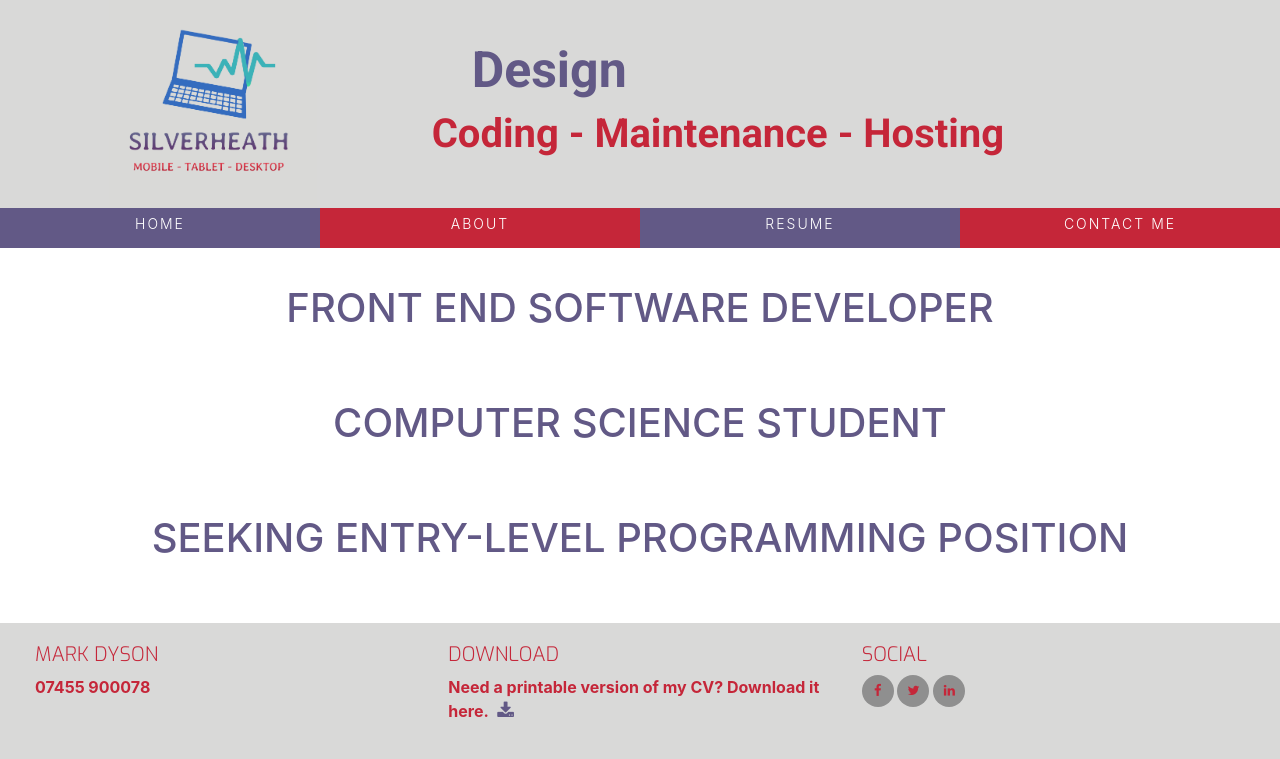
Repository: Code-Institute-Submissions/silverheath
Page: index.html
The author's editor kept a record of every edit. The page is drawn from the files as they stood at one moment, then again after the next edit.
The browser window is 1280 px wide. The pictures show the whole page.
Some web libraries are served in a nearby version.

Above is the page before.

### index.html
<!DOCTYPE html>
<html lang="en">

<head>
    <meta name="author" content="Mark Dyson">
    <meta charset="UTF-8">
    <meta name="viewport" content="width=device-width, initial-scale=1.0">
    <meta http-equiv="X-UA-Compatible" content="ie=edge">
    <link rel="stylesheet" href="https://maxcdn.bootstrapcdn.com/bootstrap/4.2.1/css/bootstrap.min.css" type="text/css" />
    <link rel="stylesheet" href="https://maxcdn.bootstrapcdn.com/font-awesome/4.7.0/css/font-awesome.min.css" type="text/css" />
    <link rel="stylesheet" href="https://cdnjs.cloudflare.com/ajax/libs/hover.css/2.1.1/css/hover-min.css" type="text/css" />
    <link rel="stylesheet" href="assets/css/style.css">
    <title>SilverHeath</title>
</head>

<body>
    <header>
        <div class="row no-gutters">
            <a class="col-md-4 logo" href="index.html"></a>
            <div class="col-md-8">
                <div class="row no-gutters bg-color-name-title">
                    <div class="col heading">
                        <h1 class="name" <h1 class="name">Design</h1>
                        <h2 class="title">Coding - Maintenance - Hosting</h2>
                    </div>
                </div>
                </div
                <div class="row no-gutters">
                    <div class="col">
                        <ul id="nav" class="list-inline menucontainer">
                            <li class="col-6 col-sm-3 list-inline-item ui-menu-color-home menuitem">
                                <a href="index.html" class="hvr-bounce-to-top"><span>Home</span></a>
                            </li>
                            <li class="col-6 col-sm-3 list-inline-item ui-menu-color-about menuitem">
                                <a href="about.html" class="hvr-bounce-to-bottom"><span>About</span></a>
                            </li>
                            <li class="col-6 col-sm-3 list-inline-item ui-menu-color-resume menuitem">
                                <a href="resume.html" class="hvr-bounce-to-top"><span>Resume</span></a>
                            </li>
                            <li class="col-6 col-sm-3 list-inline-item ui-menu-color-contact menuitem">
                                <a href="contact.html" class="hvr-bounce-to-bottom"><span>Contact Me</span></a>
                            </li>
                        </ul>
                    </div>
                </div>
            </div>
        </div>
    </header>
          <div class="topline">
          <p>
            <h1>Front End Software Developer</h1> </p>
          </p>
        </div>
          <div class="middleline">
        <p>
          <h1>Computer Science Student</h1> </p>
        </p>
      </div>
      <div class="bottomline">
      <p>
        <h1>Seeking entry-level Programming position</h1> </p>
      </p>
    </div>

                        </div>
                    </div>
                </div>
            </div>
        </div>

    </section>
    <footer class="container-fluid">
        <div id="footer-details" class="row">
            <div class="col-sm-4">
                <h5 class="uppercase general-sub">Mark Dyson</h5>
                <p class="inline-block">
                    07455 900078
                </p>
            </div>
            <div class="col-sm-4">
                <h5 class="uppercase general-sub">Download</h5>
                <p class="inline-block">
                  Need a printable version of my CV? Download it here.
                  <a href="assets/cv/cv.pdf" target="_blank" class="cv-pdf">
                                  <i class="fa fa-download" aria-hidden="true"></i>
                                  <span class="sr-only">Download link.</span>
                              </a>
                </p>
            </div>
            <div class="col-sm-4">
                <h5 class="uppercase general-sub">Social</h5>
                <ul class="list-inline social-links">
                    <li class="list-inline-item">
                        <a target="_blank" href="https://www.facebook.com/T123MRD">
                                        <i class="fa fa-facebook" aria-hidden="true"></i>
                                        <span class="sr-only">Facebook</span>
                                    </a>
                    </li>
                    <li class="list-inline-item">
                        <a target="_blank" href="https://twitter.com/md1858">
                                        <i class="fa fa-twitter" aria-hidden="true"></i>
                                        <span class="sr-only">Twitter</span>
                                    </a>
                    </li>
                    <li class="list-inline-item">
                        <a target="_blank" href="https://www.linkedin.com/in/mark-dyson-ba7397a1/">
                                        <i class="fa fa-linkedin" aria-hidden="true"></i>
                                        <span class="sr-only">LinkedIn</span>
                                    </a>
                    </li>



                </ul>
            </div>
        </div>
    </footer>
</body>

</html>

### assets/css/style.css
@import url('https://fonts.googleapis.com/css?family=Roboto:100,200,300,400,500,600,700|Exo:100,200,300,400,500,600,700');

/*--------------------------------------------Colors*/

.bg-color-name-title {
    background-color: #D9D9D8;
}

.bg-color-main-section {
    background-color: #fff;
}

.bg-color-personal-info {
    background-color: #f4f4f4;
}

.bg-color-portfolio {
    background-color: #625986;
}

.bg-color-contact {
    background-color: white;
}

.ui-menu-color-home {
    background-color: #625986;
}

.ui-menu-color-resume {
    background-color: #625986;
}

.ui-menu-color-about {
    background-color: #C52639;
}

.ui-menu-color-contact {
    background-color: #C52639;
}

.ui-menu-color-download {
    background-color: #525252;
}

.row-table {
    display: table;
}

.section-column {
    display: table-cell;
    padding: 0 30px 30px;
    float: none;
}

.section-heading {
    font-family: "Exo", sans-serif;
    font-weight: 300;
    margin-top: 25px;
    margin-bottom: 60px;
}

.portfolio-heading {
    color: #625986;
    font-weight: bold;
}


/* ----------------------------------------Special paddings/margins/text */

h1,
h2,
h3,
h4 {
    margin: 0;
}

.uppercase {
    text-transform: uppercase;
}

.general-sub {
    font-family: "Exo", sans-serif;
    font-weight: 300;
    color: #C52639;
}

.inline-block {
    display: inline-block;
}

.row-table {
    display: table;
}

.section-column {
    display: table-cell;
    padding: 0 30px 30px;
    float: none;
}

.history-heading,
.section-heading {
    font-family: "Exo", sans-serif;
    font-weight: 300;
    margin-top: 25px;
    margin-bottom: 40px;
}

.bottom-resume {
    padding: 0 130px 130px;

}


/*--------------------------------------------Heading*/

header {
    margin: 0;
}

.heading {
    margin-top: 30px;
    margin-left: 5px;
    margin-bottom: 30px;
}

.logo {
    background: url("../images/logo.jpg");
    background-position: center;
    background-repeat: no-repeat;
    background-size: contain;
    background-color: #D9D9D8;
    min-height: 150px;
    max-height: 247px;
    transition: all .5s ease-in-out;
    -moz-transition: all .5s ease-in-out;
    -webkit-transition: all .5s ease-in-out;
}

.name {
    font-family: "Roboto", sans-serif;
    font-weight: 800;
    font-size: 50px;
    margin-top: 10px;
    margin-bottom: 10px;
    margin-left: 40px;
    color: #625986;
    text-align: left;
}

.title {
    font-family: "Roboto", sans-serif;
    font-weight: 800;
    font-size: 40px;
    margin-top: 5px;
    margin-bottom: 20px;
    color: #C52639;
    text-align: left;
}

.list-inline-item:not(:last-child) {
    margin: 0;
}

.menucontainer {
    font-size: 0;
}

#nav li {
    font-size: 14px;
    padding: 0;
}

#nav {
    margin: 0;
}

.menuitem {
    height: 40px;
    text-align: center;
    padding: 0;
}

.menuitem a {
    width: 100%;
    text-decoration: none;
    color: #fff;
    height: 40px;
}

.menuitem a i {
    padding-top: 22px;
    display: block;
    color: #fafafa;
    font-size: 26px;
}

.menuitem span {
    display: block;
    width: 100%;
    padding-top: 5px;
    text-align: center;
    text-transform: uppercase;
    font-size: 14px;
    font-weight: 300;
    letter-spacing: 2px;
}

/*----------------------summary----------------------*/

.topline {
    padding-top: 20px;
    padding-bottom: 10px;
    margin-bottom: 15px;
    margin-left: 200;
    text-align: center;
    font-size: 40px;
    text-transform: uppercase;
    font-weight: bold;
    color: #625986;
}

.middleline {
    padding-top: 10px;
    padding-bottom: 10px;
    margin-bottom: 15px;
    margin-left: 200;
    text-align: center;
    font-size: 40px;
    text-transform: uppercase;
    font-weight: bold;
    color: #625986;
}

.bottomline {
    padding-top: 10px;
    padding-bottom: 30px;
    margin-bottom: 15px;
    margin-left: 200;
    text-align: center;
    font-size: 40px;
    text-transform: uppercase;
    font-weight: bold;
    color: #625986;
}

/*----------------------Hover.css----------------------*/

/* hvr-underline-from-center:before */

hvr-outline-out {
    background: #C52639;
    height: 40px;
}

/* ----------------------Footer---------------------- */

footer {
    background-color: #525252;
    color: #C52639;
    min-height: 120px;
    margin: 0;
}

.cv-pdf i {
    font-size: 18px;
    color: #625986;
    text-align: center;
    padding-left: 5px;
    transition: all 0.35s ease-in-out;
    -moz-transition: all 0.35s ease-in-out;
    -webkit-transition: all 0.35s ease-in-out;
    -o-transition: all 0.35s ease-in-out;
}

.cv-pdf i:hover {
    color: #C52639;
}

.social-links {
    padding-bottom: 15px;
}

.social-links li a i {
    width: 32px;
    height: 32px;
    padding: 12px 0;
    border-radius: 50%;
    font-size: 13px;
    line-height: 7px;
    text-align: center;
    color: #C52639;
    background: #8f8f8f;
    transition: all 0.35s ease-in-out;
    -moz-transition: all 0.35s ease-in-out;
    -webkit-transition: all 0.35s ease-in-out;
    -o-transition: all 0.35s ease-in-out;
}

.social-links li a i:hover {
    background: #625986;
}

#footer-details {
    padding: 20px;
    background-color: #D9D9D8;
    color: #C52639;
    font-weight: bold;
}



/* ----------------------Contact Form---------------------- */

.contact-heading {
    font-family: "Exo", sans-serif;
    font-weight: 300;
    margin-top: 25px;
    margin-bottom: 20px;
}

.center-form {
    padding-top: 10px;
    margin: 0 auto;
    max-width: 70%;
}

button[type="submit"] {
    margin-top: 15px;
    margin-bottom: 20px;
    color: white;
    background-color: #625986;
}

/* ----------------------Media Queries---------------------- */

@media(min-width: 992px) {
    .center-form {
        padding-top: 30px;
        min-height: 240px;
        margin: 0 auto;
        max-width: 50%;
    }
}

After the next edit:
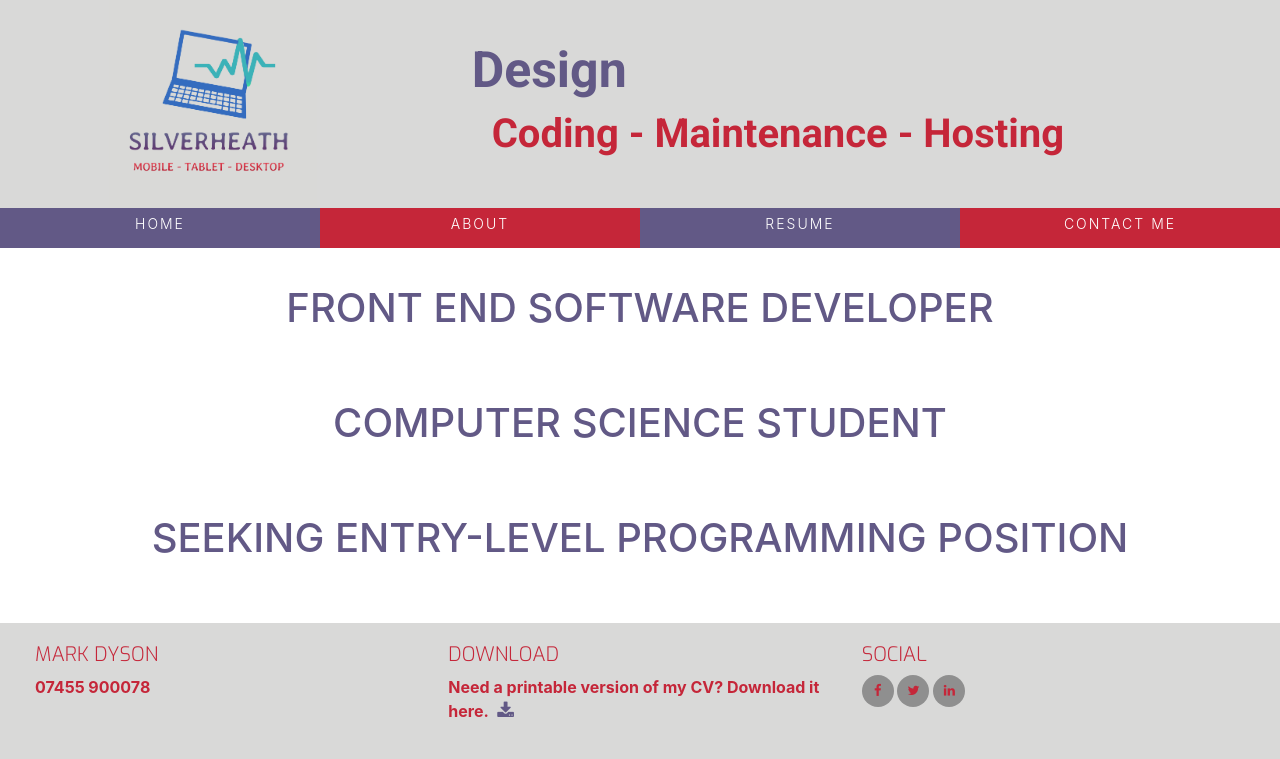
The edit:
--- a/assets/css/style.css
+++ b/assets/css/style.css
@@ -154,6 +154,7 @@
     font-size: 40px;
     margin-top: 5px;
     margin-bottom: 20px;
+    margin-left: 60px;
     color: #C52639;
     text-align: left;
 }
